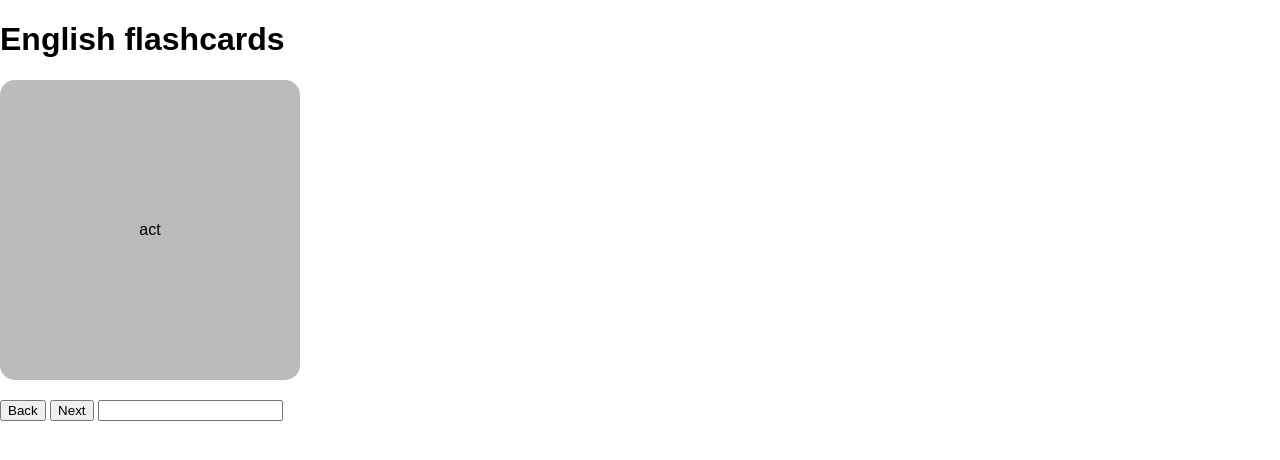
Repository: AdrianGizycki/English-Flashcards
Page: index.html
The author's editor kept a copy of each file at every save. The page is drawn from the files as they stood at one save, then again after the next save.
The browser window is 1280 px wide. The pictures show the whole page.

Above is the page before, as saved 2019-09-15 15:23:57.

After the next save:
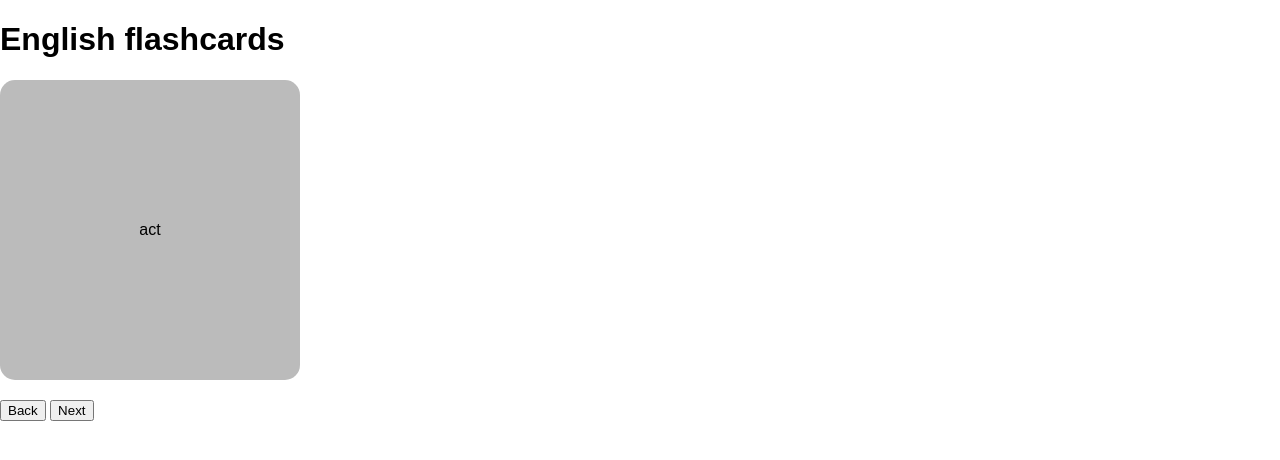
Saved 68 s later.
--- a/index.html
+++ b/index.html
@@ -22,7 +22,6 @@
                 </div>
                 <button class="btn1">Back</button>
                 <button class="btn2">Next</button>
-                <input />
 
             </div>
     </div>
